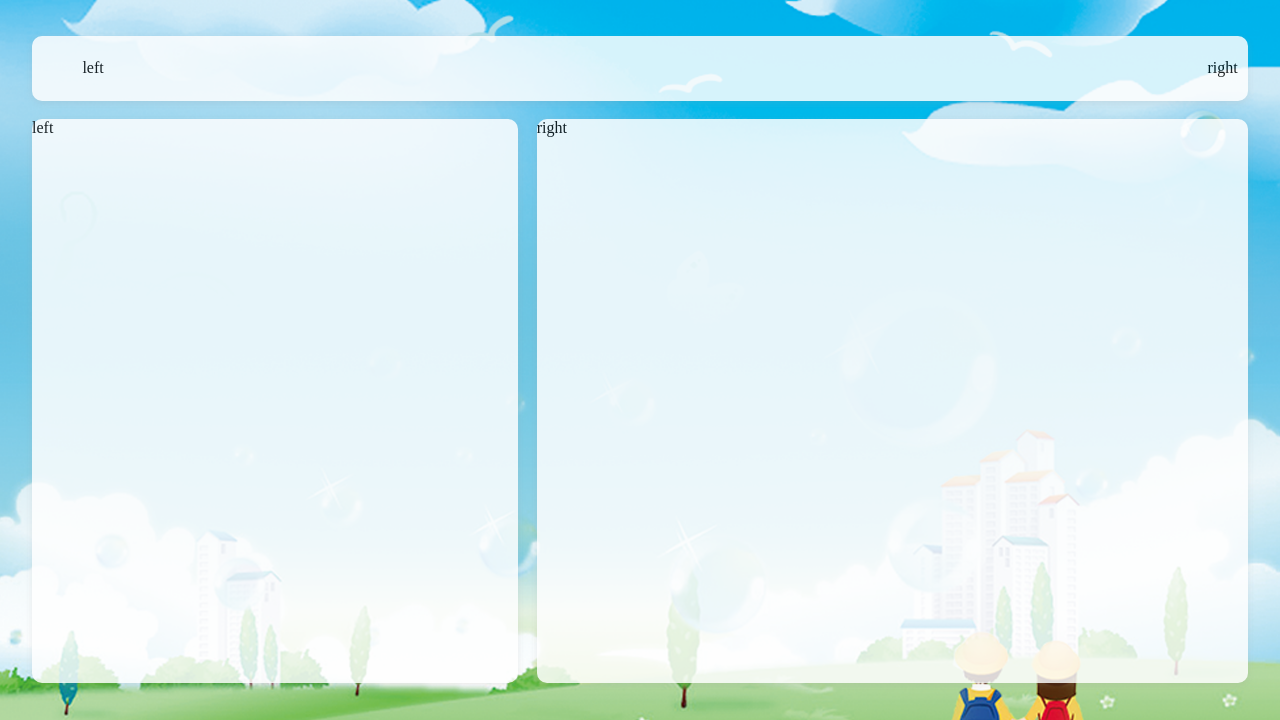
Repository: huangdesheng/classBrand
Page: / (app in classBrand/)
The author's editor kept a copy of each file at every save. The page is drawn from the files as they stood at one save, then again after the next save.
The browser window is 1280 px wide. The pictures show the whole page.
The project was rebuilt for these pictures with package versions that can differ from the ones it lists, and the page was loaded fresh each time.

Above is the page before, as saved 2019-08-23 10:02:09.

After the next save:
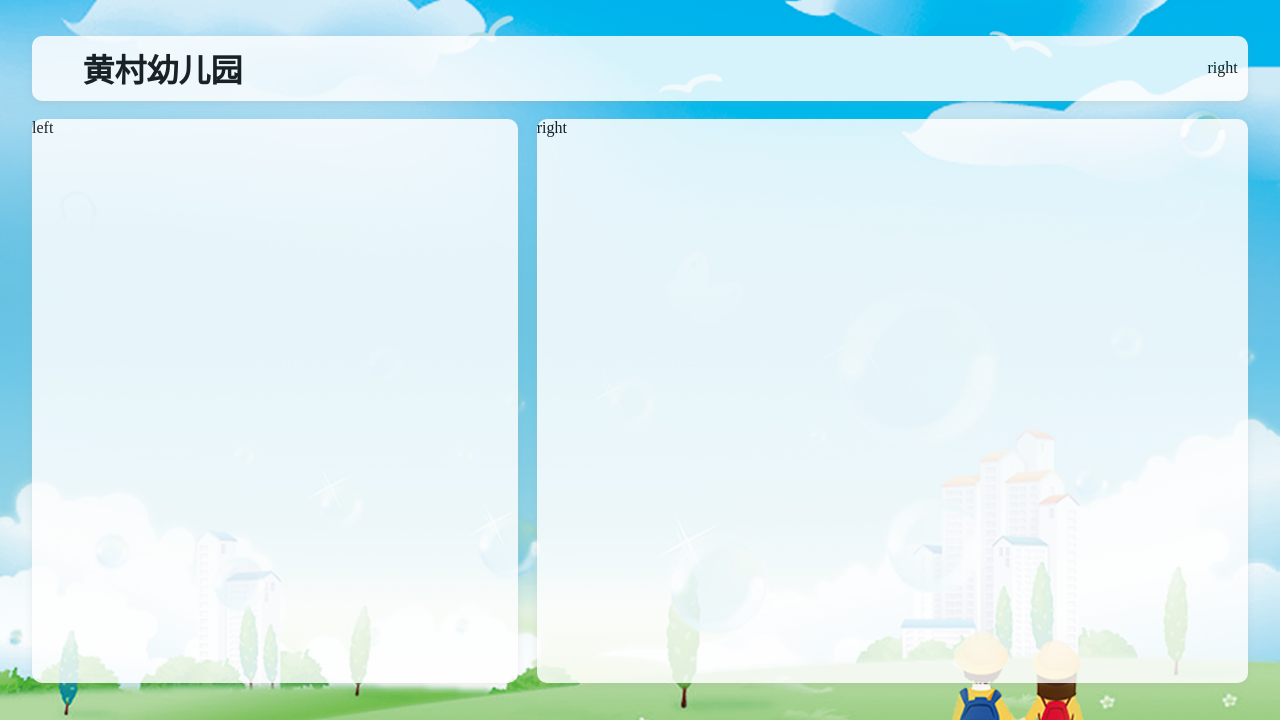
Saved 3 min 43 s later.
--- a/classBrand/src/views/index/index.vue
+++ b/classBrand/src/views/index/index.vue
@@ -2,7 +2,12 @@
   <div id="index">
     <header>
       <ul>
-        <li>left</li>
+        <li>
+            <span></span>
+            <div>
+                <h1>黄村幼儿园</h1>
+            </div>
+        </li>
         <li>right</li>
       </ul>
     </header>
